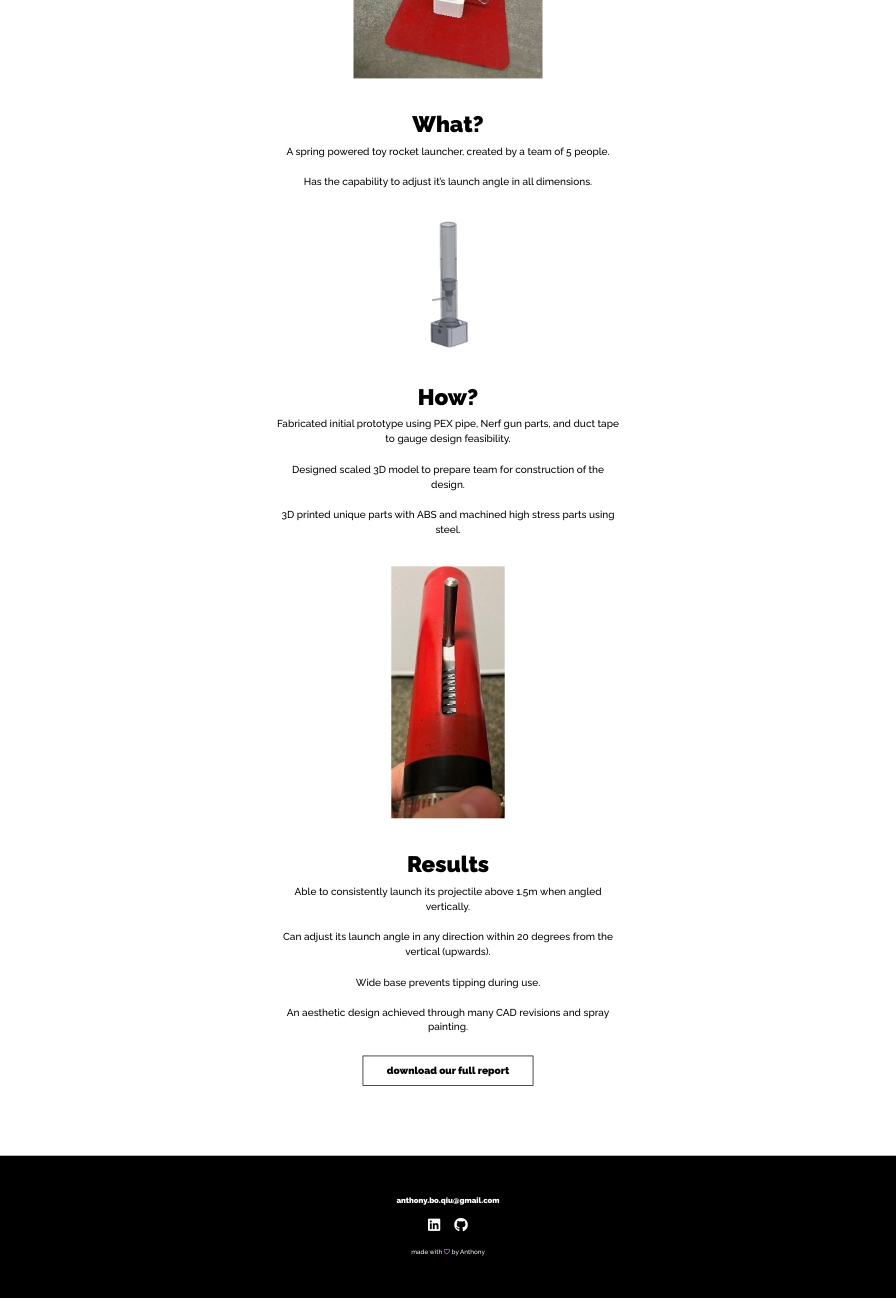
Repository: 7UM1N/anthonyq.github.io
Page: launcho.html
An editor plug-in stored every save of this project. The page is shown before and after the next save, followed by the edit.
The browser window is 1280 px wide. The pictures show the part of the page from y = 1100 to 3020 px (the page is 2955 px tall before and 3020 px after), at 70% of full size.

Above is the page before, as saved 2023-02-28 12:35:15.

After the next save:
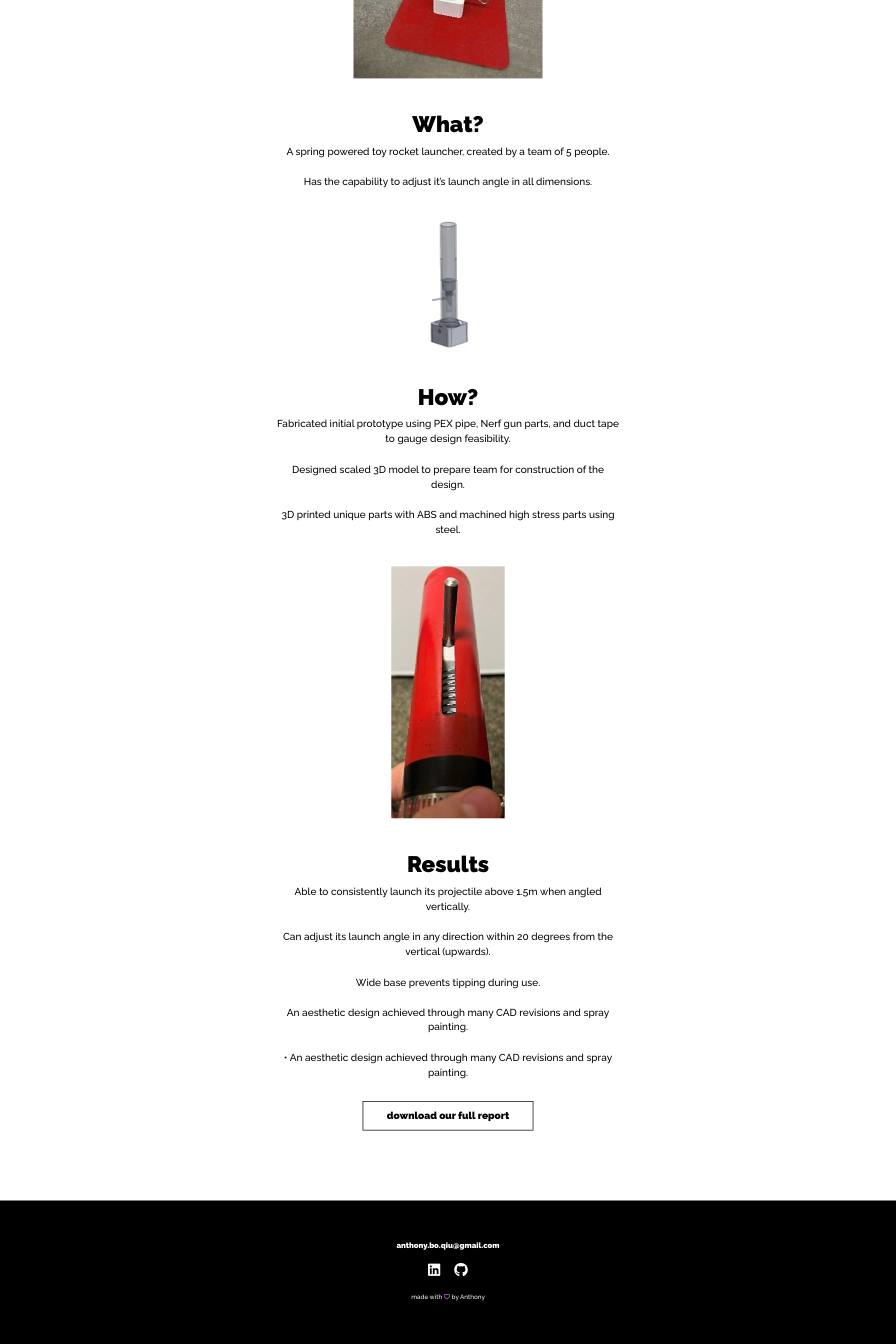
Saved 43 s later.
--- a/launcho.html
+++ b/launcho.html
@@ -72,7 +72,8 @@
                 Able to consistently launch its projectile above 1.5m when angled vertically.<br><br>
                 Can adjust its launch angle in any direction within 20 degrees from the vertical (upwards).<br><br>
                 Wide base prevents tipping during use.<br><br>
-                An aesthetic design achieved through many CAD revisions and spray painting.
+                An aesthetic design achieved through many CAD revisions and spray painting.<br><br>
+                •	An aesthetic design achieved through many CAD revisions and spray painting.
             </p>
             <a href="Toy_Design_Report_-_Launcho.pdf" download class="hero-btn inverse-btn"><strong>download our full report</strong></a>
         </section>

After the save that followed:
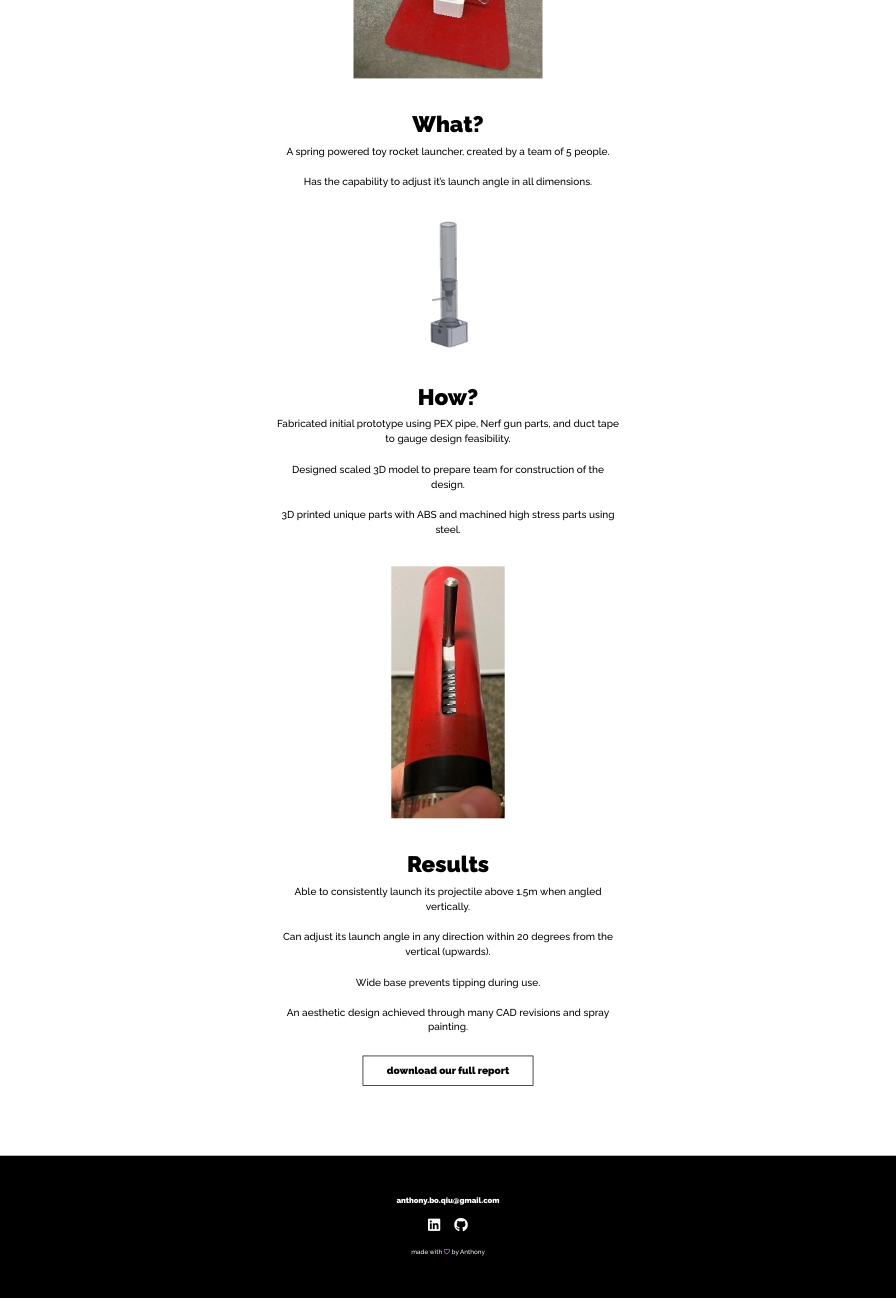
Saved 32 s later.
--- a/launcho.html
+++ b/launcho.html
@@ -72,8 +72,7 @@
                 Able to consistently launch its projectile above 1.5m when angled vertically.<br><br>
                 Can adjust its launch angle in any direction within 20 degrees from the vertical (upwards).<br><br>
                 Wide base prevents tipping during use.<br><br>
-                An aesthetic design achieved through many CAD revisions and spray painting.<br><br>
-                •	An aesthetic design achieved through many CAD revisions and spray painting.
+                An aesthetic design achieved through many CAD revisions and spray painting.
             </p>
             <a href="Toy_Design_Report_-_Launcho.pdf" download class="hero-btn inverse-btn"><strong>download our full report</strong></a>
         </section>
